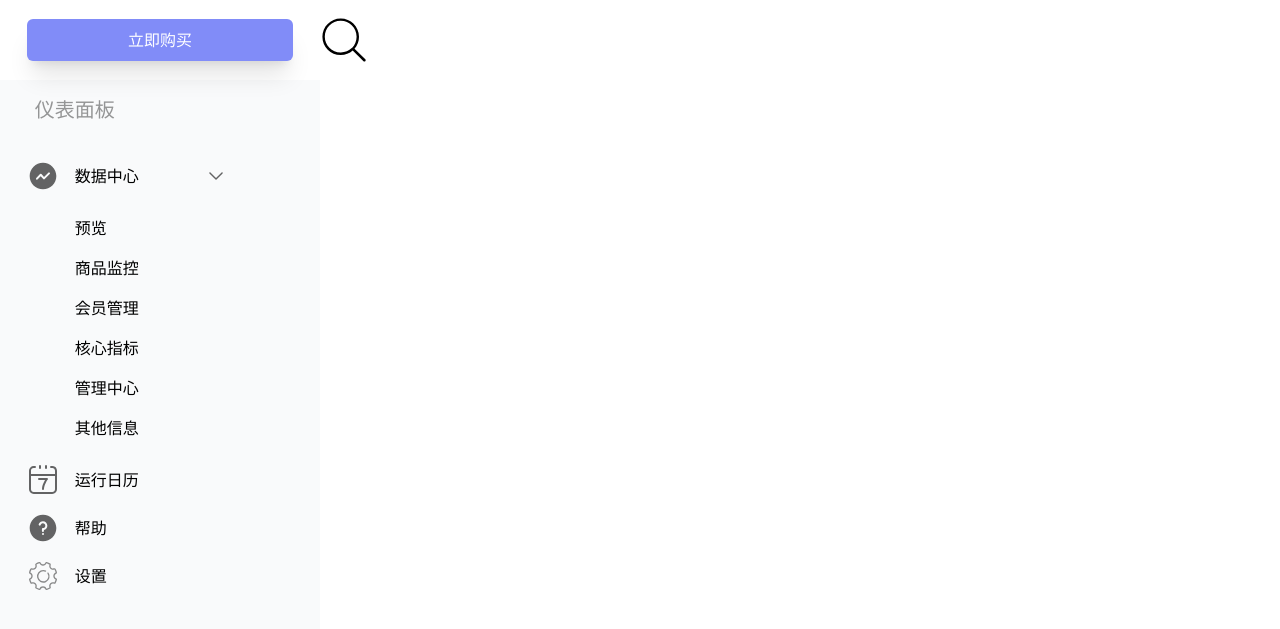
Repository: LiuRuohui/useWater
Page: /
These files come from the project's save history. The page is drawn as it stood at one moment and after a run of saves; the edit follows.
The browser window is 1280 px wide. The pictures show the whole page.
The project was rebuilt for these pictures with package versions that can differ from the ones it lists, and the page was loaded fresh each time. Also part of the build but not shown: vite.config.js.

Above is the page before, as saved 2022-04-06 09:34:22.

### src/App.vue
<script setup>
import HelloWorld1 from './components/HelloWorld.vue';
</script>

<template>
  <HelloWorld1></HelloWorld1>
</template>

<style>
</style>

### src/index.css
@tailwind base;
@tailwind components;
.inputFrame {
    @apply appearance-none rounded-none relative block w-full px-3 py-2 border border-gray-300 placeholder-gray-500 text-gray-900
}

.inputFrame:focus {
    @apply outline-none border-indigo-500 z-10 inline-block px-5 py-3 rounded-lg shadow-lg
}

.btn {
    @apply relative flex w-full justify-center py-2 border border-transparent font-medium rounded-md text-white bg-indigo-400
}

.btn:hover {
    @apply bg-indigo-500
}

.btn:focus {
    @apply outline-none ring-2 ring-offset-2 ring-indigo-400
}

@tailwind utilities;

### src/components/HelloWorld.vue
<script setup>

</script>

<template>
<div class="w-full h-screen flex flex-row select-none">
  <div class="w-1/4 h-screen justify-center items-center flex flex-col">
    <div class="w-full h-20 justify-center items-center flex">
        <div class="w-5/6">
            <button class="btn text-white justify-center items-center shadow-xl">立即购买</button>
        </div>
    </div>
    <div class="w-full flex flex-grow bg-gray-50 justify-center">
        <div class="w-5/6 pt-4 flex flex-col">
            <div class="h-8 text-xl opacity-40 pl-2">仪表面板</div>
            <div class="mt-4 flex flex-grow flex-col">
                <div class="flex flex-col py-2 hover:cursor-pointer">
                    <div class="flex flex-row py-2 hover:bg-blue-200 hover:cursor-pointer">
                      <img src="../assets/数据.svg" alt="" class="h-8 opacity-60">
                      <div class="pl-4 pt-1">数据中心</div>
                      <img src="../assets/下拉.svg" alt="" class="my-1 h-6 opacity-60 flex flex-row-reverse flex-grow">
                    </div>
                    <div class="mt-2 flex flex-col hover:cursor-pointer">
                        <div class="py-2 pl-12 hover:bg-blue-200">预览</div>
                        <div class="py-2 pl-12 hover:bg-blue-200">商品监控</div>
                        <div class="py-2 pl-12 hover:bg-blue-200">会员管理</div>
                        <div class="py-2 pl-12 hover:bg-blue-200">核心指标</div>
                        <div class="py-2 pl-12 hover:bg-blue-200">管理中心</div>
                        <div class="py-2 pl-12 hover:bg-blue-200">其他信息</div>
                    </div>
                </div>
                <div class="flex flex-row py-2 hover:bg-blue-200 hover:cursor-pointer">
                  <img src="../assets/日历.svg" alt="" class="h-8 opacity-60">
                  <div class="pl-4 pt-1">运行日历</div>
                </div>
                <div class="flex flex-row py-2 hover:bg-blue-200 hover:cursor-pointer">
                  <img src="../assets/帮助.svg" alt="" class="h-8 opacity-60">
                  <div class="pl-4 pt-1">帮助</div>
                </div>
                <div class="flex flex-row py-2 hover:bg-blue-200 hover:cursor-pointer">
                  <img src="../assets/设置.svg" alt="" class="h-8 opacity-60">
                  <div class="pl-4 pt-1">设置</div>
                </div>
            </div>
        </div>
    </div>
  </div>
  <div class="flex flex-grow flex-col">
      <div class="flex flex-row h-24">
        <img src="../assets/搜索.svg" alt="" class="h-12 my-4">
      </div>
  </div>
</div>
</template>

<style scoped>

</style>

### tailwind.config.js
module.exports = {
    content: [
        "./index.html",
        "./src/**/*.{vue,js,ts,jsx,tsx}",
    ],
    theme: {
        extend: {},
    },
    variants: {
        backgroundColor: ['responsive', 'hover', 'focus', 'active']
    },
    plugins: [],
}

Loaded but not shown: index.html (common file); src/main.js (common file)

After the next 2 saves:
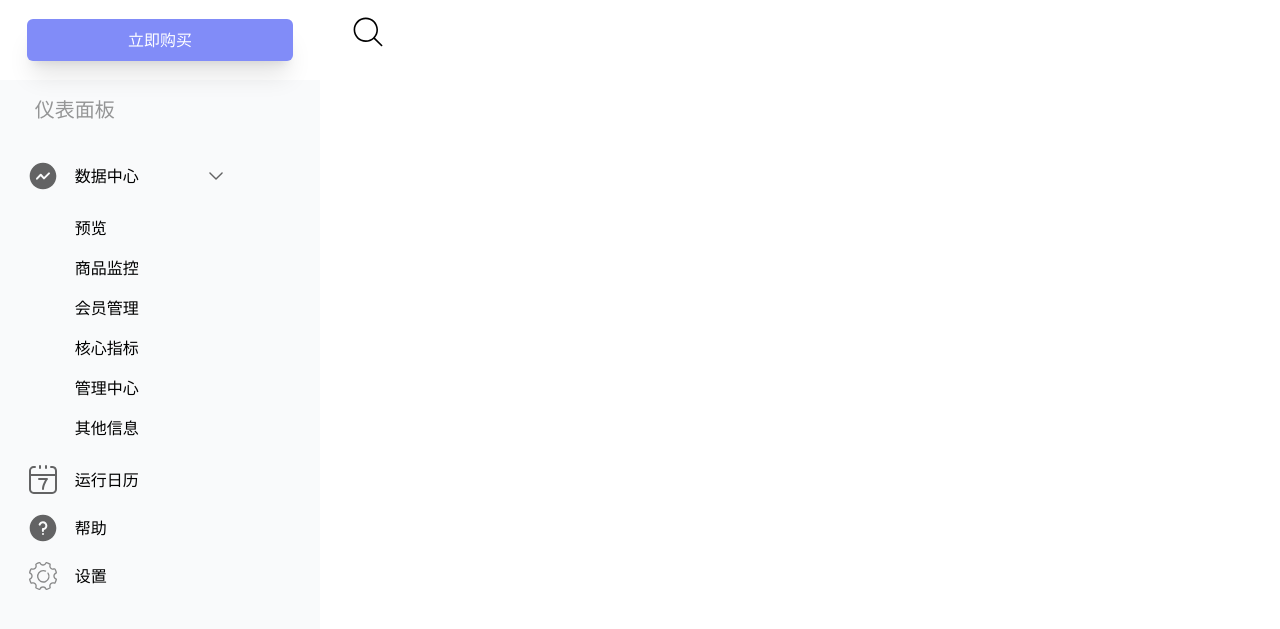
The 2 saves are shown as one change because they came seconds apart.
The last was saved 7 s later.
--- a/src/components/HelloWorld.vue
+++ b/src/components/HelloWorld.vue
@@ -47,7 +47,7 @@
   </div>
   <div class="flex flex-grow flex-col">
       <div class="flex flex-row h-24">
-        <img src="../assets/搜索.svg" alt="" class="h-12 my-4">
+        <img src="../assets/搜索.svg" alt="" class="h-8 my-4 pl-8">
       </div>
   </div>
 </div>
